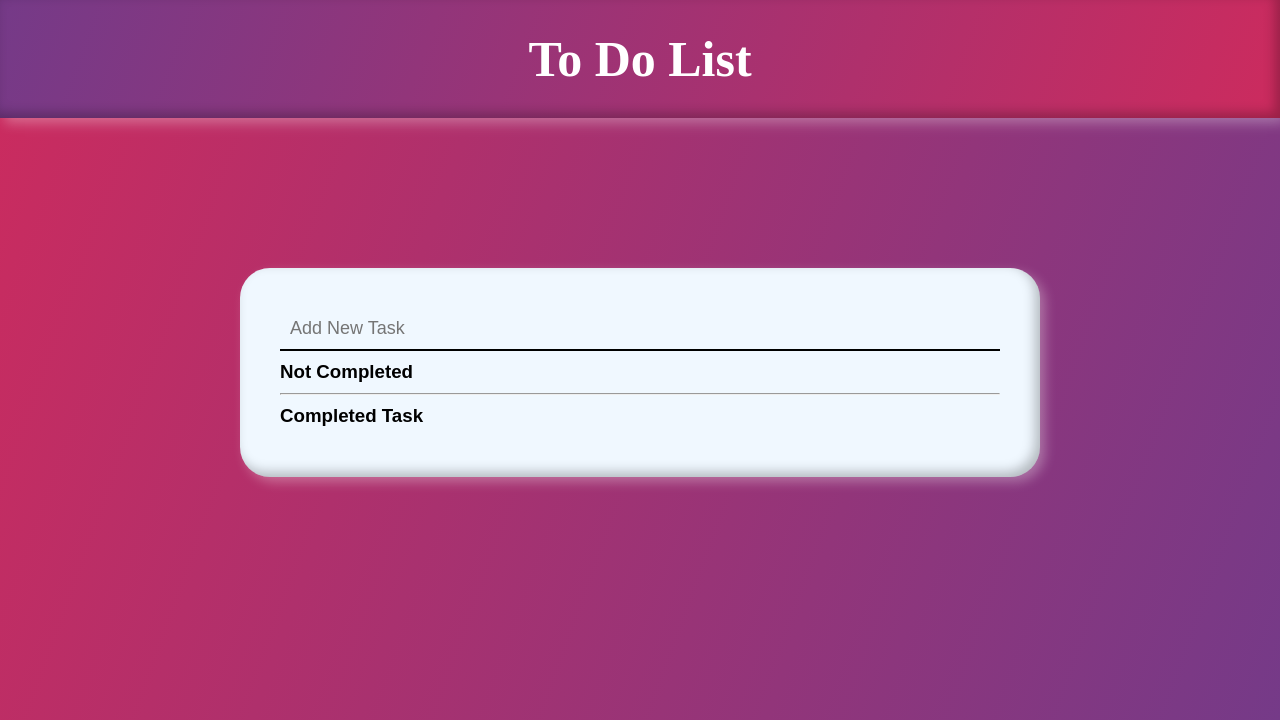
Repository: Mayur2905/OIBSIP
Page: Task-6/index.html
These files come from the project's save history. The page is drawn as it stood at one moment and after the next save; the edit follows.
The browser window is 1280 px wide. The pictures show the whole page.

Above is the page before, as saved 2022-02-05 22:19:43.

After the next save:
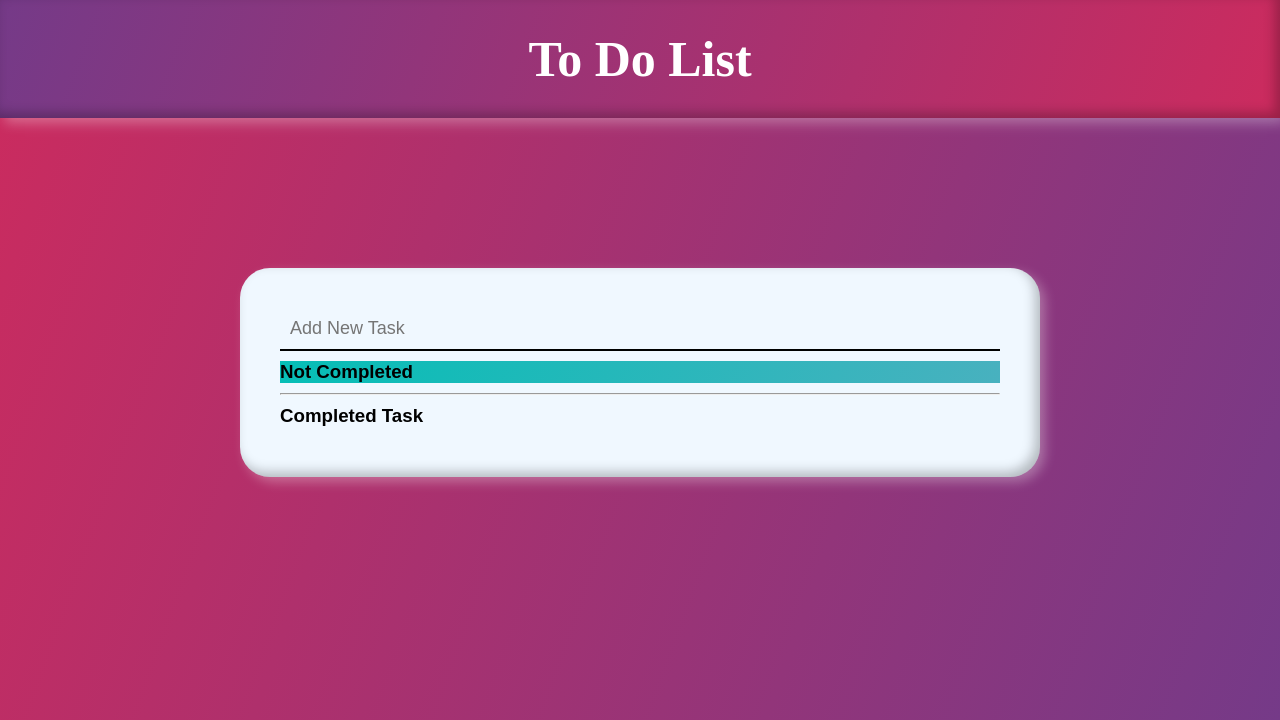
Saved 2 min 14 s later.
--- a/Task-6/style.css
+++ b/Task-6/style.css
@@ -78,6 +78,10 @@ hr {
   color: #ffff;
 }
 
+.notdone {
+  background-image: linear-gradient(110deg, #06beb6, #48b1bf);
+}
+
 .fa-trash-alt {
   color: rgb(196, 70, 70);
 }

After the save that followed:
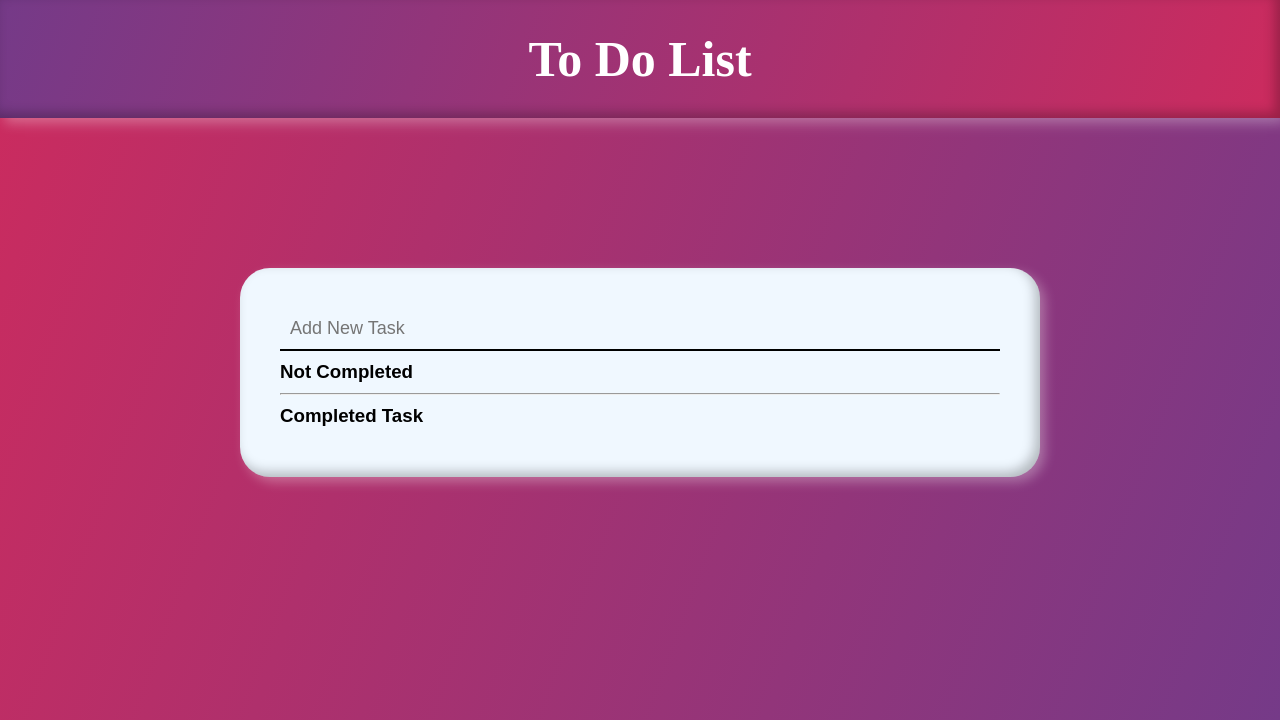
Saved 77 s later.
--- a/Task-6/index.html
+++ b/Task-6/index.html
@@ -14,13 +14,15 @@
     <div class="container">
         <div class="todo">
             <input type="text" class="textb" placeholder="Add New Task">
+            <h3>Not Completed</h3>
             <div class="notdone">
-                <h3>Not Completed</h3>
+
 
             </div>
             <hr>
+            <h3>Completed Task</h3>
             <div class="complete">
-                <h3>Completed Task</h3>
+
 
             </div>
         </div>
